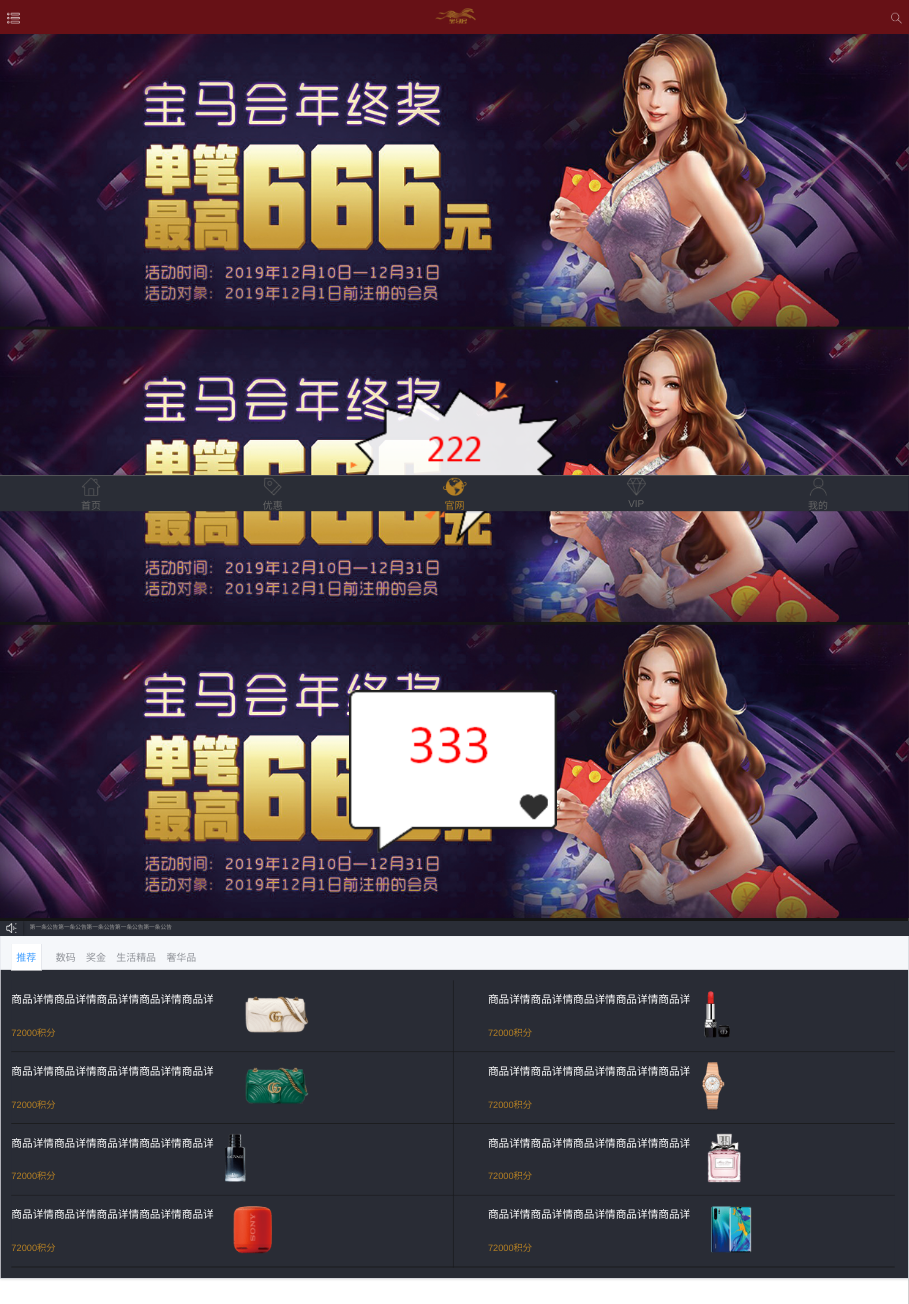
Repository: ada6688/IntegralMall
Page: /
An editor plug-in stored every save of this project. The page is shown before and after the next save, followed by the edit.
The browser window is 1280 px wide. The pictures show the whole page, at 71% of full size.
The project was rebuilt for these pictures with package versions that can differ from the ones it lists, and the page was loaded fresh each time. Also part of the build but not shown: src/components/page/MainNav.vue, src/components/page/Member.vue, src/components/common/Topnav-c.vue, src/components/page/Youhui.vue.

Above is the page before, as saved 2020-01-01 16:38:00.

### index.html
<!DOCTYPE html>
<html>
  <head>
    <meta charset="utf-8">
    <meta name="viewport" content="width=device-width,initial-scale=1.0">
    <title>integralmall</title>
  </head>
  <body>
    <div id="app"></div>
    <!-- built files will be auto injected -->
  </body>
</html>

### src/main.js
// The Vue build version to load with the `import` command
// (runtime-only or standalone) has been set in webpack.base.conf with an alias.
import Vue from 'vue'
import App from './App'
import router from './router'
import ElementUI from 'element-ui'
import 'element-ui/lib/theme-chalk/index.css'
import {Cell, CellGroup, Tabbar, TabbarItem, PullRefresh, Stepper, Tab, Tabs, Button, Row, Col, Swipe, SwipeItem, Lazyload, List, Field, NavBar} from 'vant'
import '../src/assets/css/common.css'
import 'swiper/dist/css/swiper.css'
import VueAwesomeSwiper from 'vue-awesome-swiper'
// import BScroll from 'better-scroll'

// Vue.use(BScroll)
Vue.use(VueAwesomeSwiper)
Vue.use(ElementUI)
Vue.use(Cell).use(CellGroup).use(Tabbar).use(TabbarItem).use(Stepper).use(PullRefresh).use(Tab).use(Tabs).use(Field).use(NavBar).use(Button).use(Row).use(Col).use(Swipe).use(SwipeItem).use(Lazyload).use(List)

Vue.config.productionTip = false

/* eslint-disable no-new */
new Vue({
  el: '#app',
  router,
  components: {
    App
  },
  template: '<App/>'
})

### src/router/index.js
import Vue from 'vue'
import Router from 'vue-router'
import BottomNav from '@/components/common/Bottomnav'
import TopNav from '@/components/common/Topnav'
import shouye from '@/components/page/shouye'
import Member from '@/components/page/Member'
import Vip from '@/components/page/Vip'
import Youhui from '@/components/page/Youhui'

Vue.use(Router)

export default new Router({
  mode: 'history',
  routes: [
    {path: '/Mainnav', component: BottomNav},
    {path: '/Topnav', component: TopNav},
    {path: '/', component: shouye},
    {path: '/shouye', component: shouye},
    {path: '/Youhui', component: Youhui},
    {path: '/Vip', component: Vip},
    {path: '/Member', component: Member}
  ]
})

### src/assets/css/common.css
body,p{
  margin: 0;
  padding: 0;
}
/****************** 首页 ****************/
/* 顶部栏 */
.top-nav{
  width: 100%;
  height: 3rem;
  line-height: 3.5rem;
  background-color: #671116;
  position: fixed;
  top: 0;
  z-index: 99;
}
.top-nav > div{
  display: inline-block;
  height: 100%;
}
.top-nav-left{
  float: left;
  margin-left: 10px;
}
.top-nav-right{
  float: right;
  margin-right: 10px;
}
.banner-item > img{
  width: 100%;
}
.swiper-container{
  height: 7.28rem;
}
.top-nav-t{
  color: #B58024;
}
/* .swiper-container-horizontal>.swiper-pagination-bullets .swiper-pagination-bullet{
  width: 0.4rem;
  height: 0.3rem;
  border-radius: 50%;
}
.swiper-pagination-bullet-active {
  background: rgb(235,111,111);
  width: .8rem !important;
} */
/* .swiper-scrollbar{
  background: rgb(0, 0, 0, 0) !important;
  width: 15px;
  height: 15px;
} */
.main-wrap{
  margin-top: 3rem;
  margin-bottom: 2.3rem;
  background: #151515;
}
/* 公告 */
.Notice-sign{
  width: 2rem;
  height: 100%;
  background: url('../images/topnav/lb.png') center no-repeat;
  float: left;
  box-shadow: 1px 0px 5px rgba(0,0,0,0.8);
}
.Notice-textBox {
  width: 100%;
  height: 1.3rem;
  line-height: 1.3rem;
  font-size: .5rem;
  color: #999999;
  background: #2A2D36;
  overflow: hidden;
  position: relative;
  text-align: left;
  z-index: 9;
}
.Notice-text {
  width: 100%;
  padding-left: 42px;
  position: absolute;
  bottom: 0;
}
.slide-enter-active, .slide-leave-active {
  transition: all 0.5s linear;
}
.slide-enter{
  transform: translateY(20px) scale(1);
  opacity: 1;
}
.slide-leave-to {
  transform: translateY(-20px) scale(0.8);
  opacity: 0;
}
/* 商品 */
.products-item{
  width: 45.9%;
  height: 100px;
  padding-right: 3.9%;
  border-right: 1px solid #161616;
  border-bottom: 1px solid #161616;
  background: #292C35;
  float: left;
}
.products-item-even{
  width: 45.9%;
  height: 100px;
  border-bottom: 1px solid #161616;
  background: #292C35;
  padding-left: 3.9%;
  float: left;
}
.product-item-text{
  width: 50%;
  height: 70px;
  color: #ffffff;
  margin-top: 15px;
  float: left;
  text-align: left;
}
.product-item-text p{
  height: 43px;
  font-size: 15px;
  margin-bottom: 5px;
  display: -webkit-box;/*作为弹性伸缩盒子模型显示*/
  -webkit-line-clamp: 2; /*显示的行数；如果要设置2行加...则设置为2*/
  overflow: hidden; /*超出的文本隐藏*/
  text-overflow: ellipsis; /* 溢出用省略号*/
  -webkit-box-orient: vertical;
}
.product-item-text span{
  color: #B58024;
  font-size: 13px;
}
.product-item-img{
  width: 50%;
  height: 100px;
  display: table-cell;
  vertical-align: middle;
  /* float: left; */
}
.product-item-img img{
  max-width: 100%;
}
/* 底部导航 */
.bottom-tab{
  width:100%;
  height:3.125rem;
  background-color:#2A2D36;
  border-top: 1px solid #656666;
  position: fixed;
  left:0px;
  bottom:0px;
}
.tab-item{
  width: 20%;
  float: left;
  align-items:center;
  justify-content:center;
  font-size:14px;
  color:#666;
  z-index: 999;
}
.NavSigh{
    width:33px;
    margin-top:3px;
}
.on{
  color:#b58023;
}

### src/components/common/Bottomnav.vue
<template>
  <div>
    <div class="bottom-tab">
      <div class="tab-item" @click="switchTo('/shouye')">
        <img class="NavSigh" :src="'/shouye' === $route.path ? tabBarImgArr[0].selected : tabBarImgArr[0].normal" alt="首页">
        <p :class="{on: '/shouye' === $route.path}">首页</p>
      </div>
      <div class="tab-item" @click="switchTo('/Youhui')">
        <img class="NavSigh" :src="'/Youhui' === $route.path ? tabBarImgArr[1].selected : tabBarImgArr[1].normal" alt="推荐">
        <p :class="{on: '/Youhui' === $route.path}">优惠</p>
      </div>
      <div class="tab-item">
        <img class="NavSigh" :src="'/' === $route.path ? tabBarImgArr[2].selected : tabBarImgArr[2].normal" alt="搜索">
        <p :class="{on: '/' === $route.path}">官网</p>
      </div>
      <div class="tab-item" @click="switchTo('/Vip')">
        <img class="NavSigh" :src="'/Vip' === $route.path ? tabBarImgArr[3].selected : tabBarImgArr[3].normal" alt="聊天">
        <p :class="{on: '/Vip' === $route.path}">VIP</p>
      </div>
      <div class="tab-item" @click="switchTo('/Member')">
        <img class="NavSigh" :src="'/Member' === $route.path ? tabBarImgArr[4].selected : tabBarImgArr[4].normal" alt="我的">
        <p :class="{on: '/Member' === $route.path}">我的</p>
      </div>
    </div>
  </div>
</template>
<script>
export default {
  data () {
    return {
      tabBarImgArr: [
        {normal: require('../../assets/images/navLogo/sy_x.png'), selected: require('../../assets/images/navLogo/sy.png')},
        {normal: require('../../assets/images/navLogo/yh_x.png'), selected: require('../../assets/images/navLogo/yh.png')},
        {normal: require('../../assets/images/navLogo/gw_x.png'), selected: require('../../assets/images/navLogo/gw.png')},
        {normal: require('../../assets/images/navLogo/zs_x.png'), selected: require('../../assets/images/navLogo/zs.png')},
        {normal: require('../../assets/images/navLogo/wd_x.png'), selected: require('../../assets/images/navLogo/wd.png')}
      ]
    }
  },
  methods: {
    switchTo (path) {
      this.$router.replace(path)
    }
  }
}
</script>
<style>

</style>

### src/components/common/Topnav.vue
<template>
  <div>
    <div class="top-nav">
      <div class="top-nav-left">
        <img src="../../assets/images/topnav/cd.png" alt="菜单">
      </div>
      <div class="top-nav-logo">
        <img src="../../assets/images/topnav/logo.png" alt="logo">
      </div>
      <div class="top-nav-right">
        <img src="../../assets/images/topnav/ss.png" alt="搜索">
      </div>
    </div>
  </div>
</template>
<script>
export default {
  data () {
    return {
      tabBarImgArr: [
        {normal: require('../../assets/images/topnav/logo.png')},
        {normal: require('../../assets/images/topnav/ss.png')},
        {normal: require('../../assets/images/topnav/cd.png')}
      ]
    }
  }
}
</script>
<style>

</style>

### src/components/page/shouye.vue
<template>
  <div>
      <TopNav></TopNav>
      <div class="main-wrap">
        <!-- banner -->
        <swiper :options="swiperOption" ref="mySwiper">
          <!-- slides -->
          <swiper-slide>
            <div class="banner-item">
              <img src="../../assets/images/banner/banner2.png" alt="">
            </div>
          </swiper-slide>
          <swiper-slide>
            <div class="banner-item">
              <img src="../../assets/images/banner/banner2_2.png" alt="">
            </div>
          </swiper-slide>
          <swiper-slide>
            <div class="banner-item">
              <img src="../../assets/images/banner/banner2_3.png" alt="">
            </div>
          </swiper-slide>
          <!-- Optional controls -->
          <!-- <div class="swiper-pagination" slot="pagination"></div> -->
          <!-- <div class="swiper-scrollbar index-banner-circle" slot="scrollbar"></div> -->
        </swiper>
        <!-- 滚动公告 -->
        <Notice></Notice>
        <!-- 推荐分类栏 -->
        <div class="recommend-wrap">
          <el-row>
            <el-tabs type="border-card">
              <el-tab-pane label="推荐">
                <div class="products-item">
                  <div class="product-item-text">
                    <p>商品详情商品详情商品详情商品详情商品详</p>
                    <span>72000积分</span>
                  </div>
                  <div class="product-item-img">
                    <img src="../../assets/images/products/bsbb.png" alt="">
                  </div>
                </div>
                <div class="products-item-even">
                  <div class="product-item-text">
                    <p>商品详情商品详情商品详情商品详情商品详</p>
                    <span>72000积分</span>
                  </div>
                  <div class="product-item-img">
                    <img src="../../assets/images/products/kh.png" alt="">
                  </div>
                </div>
                <div class="products-item">
                  <div class="product-item-text">
                    <p>商品详情商品详情商品详情商品详情商品详</p>
                    <span>72000积分</span>
                  </div>
                  <div class="product-item-img">
                    <img src="../../assets/images/products/lsbb.png" alt="">
                  </div>
                </div>
                <div class="products-item-even">
                  <div class="product-item-text">
                    <p>商品详情商品详情商品详情商品详情商品详</p>
                    <span>72000积分</span>
                  </div>
                  <div class="product-item-img">
                    <img src="../../assets/images/products/sb.png" alt="">
                  </div>
                </div>
                <div class="products-item">
                  <div class="product-item-text">
                    <p>商品详情商品详情商品详情商品详情商品详</p>
                    <span>72000积分</span>
                  </div>
                  <div class="product-item-img">
                    <img src="../../assets/images/products/xs.png" alt="">
                  </div>
                </div>
                <div class="products-item-even">
                  <div class="product-item-text">
                    <p>商品详情商品详情商品详情商品详情商品详</p>
                    <span>72000积分</span>
                  </div>
                  <div class="product-item-img">
                    <img src="../../assets/images/products/xsfs.png" alt="">
                  </div>
                </div>
                <div class="products-item">
                  <div class="product-item-text">
                    <p>商品详情商品详情商品详情商品详情商品详</p>
                    <span>72000积分</span>
                  </div>
                  <div class="product-item-img">
                    <img src="../../assets/images/products/yx.png" alt="">
                  </div>
                </div>
                <div class="products-item-even">
                  <div class="product-item-text">
                    <p>商品详情商品详情商品详情商品详情商品详</p>
                    <span>72000积分</span>
                  </div>
                  <div class="product-item-img">
                    <img src="../../assets/images/products/hw.png" alt="">
                  </div>
                </div>
              </el-tab-pane>
              <el-tab-pane label="数码">数码</el-tab-pane>
              <el-tab-pane label="奖金">奖金</el-tab-pane>
              <el-tab-pane label="生活精品">生活精品</el-tab-pane>
              <el-tab-pane label="奢华品">奢华品</el-tab-pane>
            </el-tabs>
          </el-row>
        </div>
      </div>
      <BottomNav></BottomNav>
  </div>
</template>
<script>
import BottomNav from '@/components/common/Bottomnav'
import TopNav from '@/components/common/Topnav'
import Notice from '@/components/page/Notice'
import {swiper, swiperSlide} from 'vue-awesome-swiper'

export default {
  name: 'App',
  components: {
    BottomNav,
    TopNav,
    swiper,
    swiperSlide,
    Notice
  },
  data () {
    return {
      swiperOption: {
        scrollbar: {
          el: '.swiper-scrollbar'
        },
        slidesPerView: 1,
        autoplay: {
          delay: 5000,
          disableOnInteraction: false
        },
        loop: true
      }
    }
  }
}
</script>
<style>
.swiper-container{
  height: 100%;
  margin-bottom: -4px;
}
.el-tabs__nav-wrap{
  width: 100%
}
/* .el-tabs__item{
  padding: 0 5.26%;
} */
.el-tabs--border-card{
  border: 0;
}
.el-tabs--border-card>.el-tabs__header .el-tabs__item{
  border: 0
}
.el-tabs--border-card>.el-tabs__header{
  padding: 10px 15px 0;
  background: #151515
}
.el-tabs--border-card>.el-tabs__header .el-tabs__item:not(.is-disabled):hover{
  color: #ffffff;
}
.el-tabs--border-card>.el-tabs__header .el-tabs__item.is-active{
  height: 39px;
  color: #ffffff;
  background: #292C35;
}
.el-tabs--border-card>.el-tabs__header .el-tabs__item{
  color: #666666;
}
.el-tabs__nav-wrap.is-scrollable{
  padding: 0 20px;
  box-sizing: border-box;
}
.el-tabs--border-card{
  box-shadow: 0 0 0 0 rgb(0, 0, 0, 0)
}
.el-tabs--border-card>.el-tabs__content {
  margin-top: -2px;
  background: #292C35;
}

</style>

### src/components/page/Vip.vue
<template>
  <div>
    <TopnavC></TopnavC>
    <div class="main-wrap">
      <div>
        <img src="../../assets/images/VIP/VIP-T.png" alt="">
      </div>
      <div>
        <el-row>
          <el-tabs type="border-card">
            <el-tab-pane label="普通"></el-tab-pane>
            <el-tab-pane label="黄金"></el-tab-pane>
            <el-tab-pane label="铂金"></el-tab-pane>
            <el-tab-pane label="钻石"></el-tab-pane>
            <el-tab-pane label="至尊"></el-tab-pane>
            <el-tab-pane label="王者"></el-tab-pane>
            <el-tab-pane label="特邀"></el-tab-pane>
          </el-tabs>
        </el-row>
      </div>
    </div>
    <Bottomnav></Bottomnav>
  </div>
</template>
<script>
import TopnavC from '@/components/common/Topnav-c'
import Bottomnav from '@/components/common/Bottomnav'

export default {
  name: 'App',
  components: {
    TopnavC,
    Bottomnav
  }
}
</script>
<style>
.swiper-container{
  height: 100%;
  margin-bottom: -4px;
}
.el-tabs__nav-wrap{
  width: 100%
}
/* .el-tabs__item{
  padding: 0 5.26%;
} */
.el-tabs--border-card{
  border: 0;
}
.el-tabs--border-card>.el-tabs__header .el-tabs__item{
  border: 0
}
.el-tabs--border-card>.el-tabs__header{
  padding: 10px 15px 0;
  background: #151515
}
.el-tabs--border-card>.el-tabs__header .el-tabs__item:not(.is-disabled):hover{
  color: #ffffff;
}
.el-tabs--border-card>.el-tabs__header .el-tabs__item.is-active{
  height: 39px;
  color: #ffffff;
  background: #292C35;
}
.el-tabs--border-card>.el-tabs__header .el-tabs__item{
  color: #666666;
}
.el-tabs__nav-wrap.is-scrollable{
  padding: 0 20px;
  box-sizing: border-box;
}
.el-tabs--border-card{
  box-shadow: 0 0 0 0 rgb(0, 0, 0, 0)
}
.el-tabs--border-card>.el-tabs__content {
  margin-top: -2px;
  background: #292C35;
}
.el-tabs--border-card>.el-tabs__header .el-tabs__item,.el-tabs--top.el-tabs--border-card>.el-tabs__header .el-tabs__item:nth-child(2),.el-tabs--top.el-tabs--border-card>.el-tabs__header .el-tabs__item:last-child{
  padding: 0 3%;
}
</style>

### src/components/page/notice.vue
<template>
  <div>
    <div class="Notice-textBox">
      <div class="Notice-sign"></div>
      <transition name="slide">
        <p class="Notice-text" :key="text.id">{{text.val}}</p>
      </transition>
    </div>
  </div>
</template>

<script>
export default {
  name: 'scroll',
  data () {
    return {
      textArr: [
        '第一条公告第一条公告第一条公告第一条公告第一条公告',
        '第二条公告第二条公告',
        '第三条公告第三条公告第三条公告'
      ],
      number: 0
    }
  },
  computed: {
    text () {
      return {
        id: this.number,
        val: this.textArr[this.number]
      }
    }
  },
  mounted () {
    this.startMove()
  },
  methods: {
    startMove () {
      // eslint-disable-next-line
      let timer = setTimeout(() => {
        if (this.number === 2) {
          this.number = 0
        } else {
          this.number += 1
        }
        this.startMove()
      }, 6000) // 滚动不需要停顿则将2000改成动画持续时间
    }
  }
}
</script>

<style scoped>
</style>

Loaded but not shown: src/App.vue (common file)

After the next save:
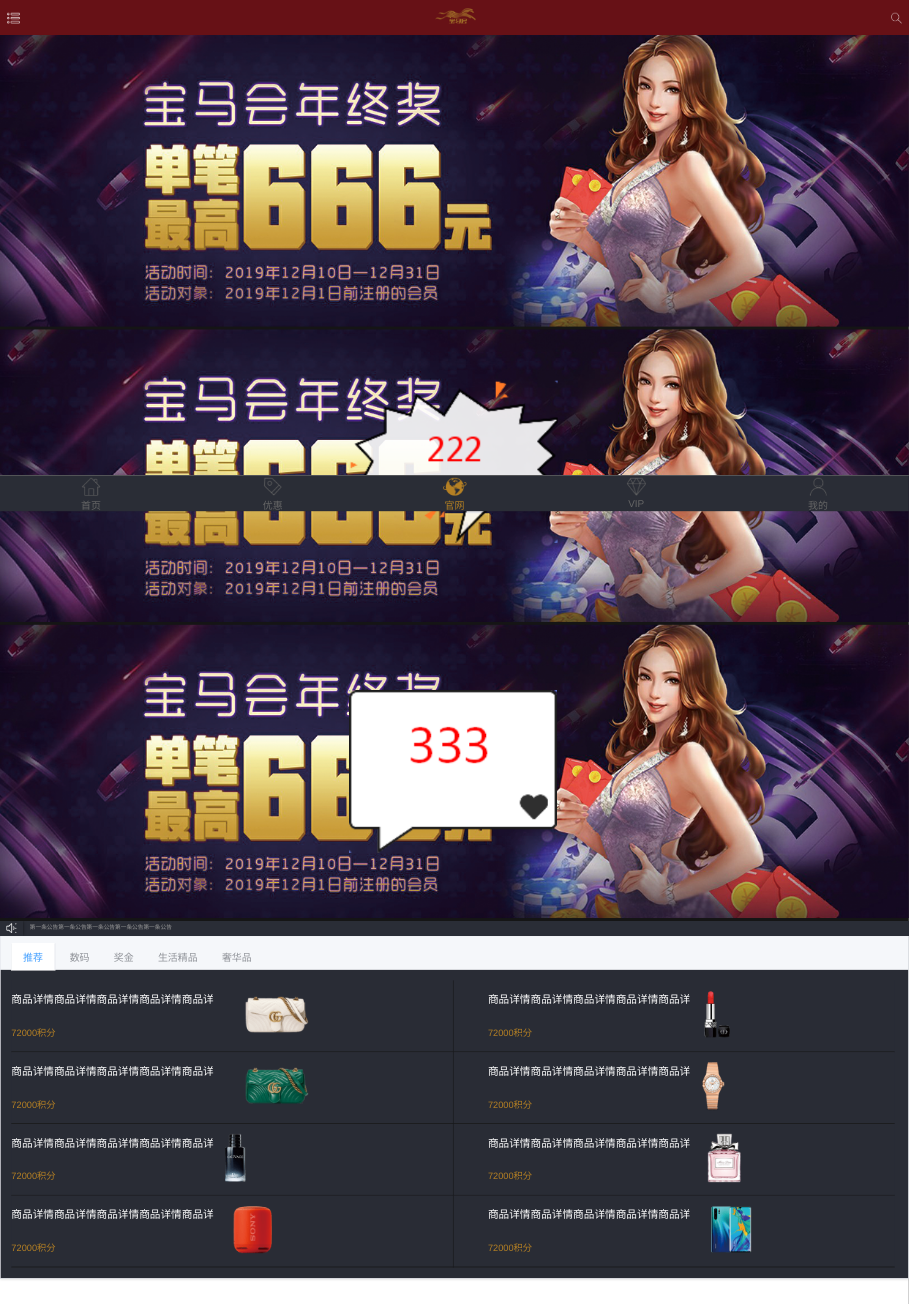
Saved 51 s later.
--- a/src/components/page/Vip.vue
+++ b/src/components/page/Vip.vue
@@ -78,6 +78,6 @@
   background: #292C35;
 }
 .el-tabs--border-card>.el-tabs__header .el-tabs__item,.el-tabs--top.el-tabs--border-card>.el-tabs__header .el-tabs__item:nth-child(2),.el-tabs--top.el-tabs--border-card>.el-tabs__header .el-tabs__item:last-child{
-  padding: 0 3%;
+  padding: 0 7.3%;
 }
 </style>

After the save that followed:
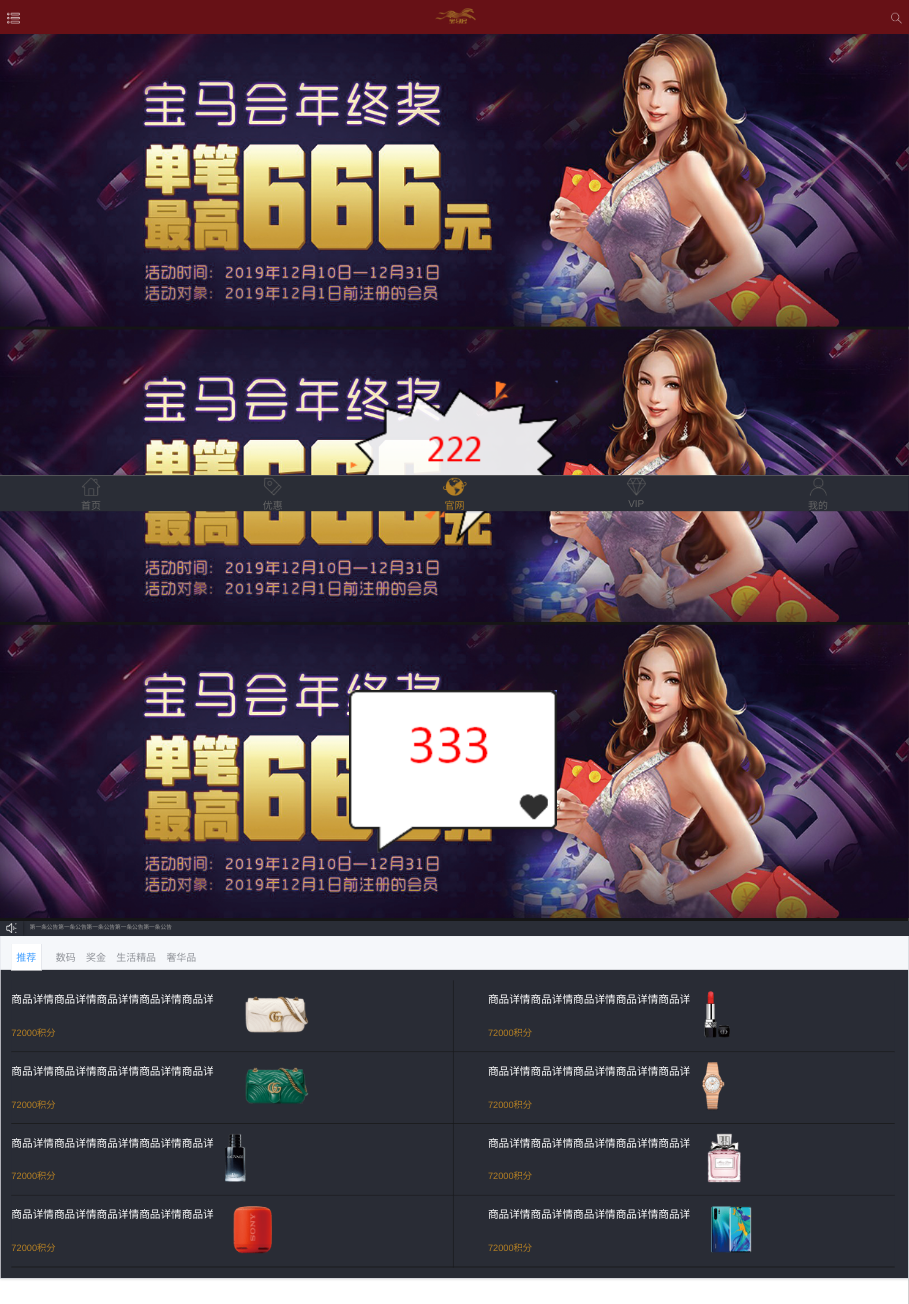
Saved 38 s later.
--- a/src/components/page/Vip.vue
+++ b/src/components/page/Vip.vue
@@ -78,6 +78,6 @@
   background: #292C35;
 }
 .el-tabs--border-card>.el-tabs__header .el-tabs__item,.el-tabs--top.el-tabs--border-card>.el-tabs__header .el-tabs__item:nth-child(2),.el-tabs--top.el-tabs--border-card>.el-tabs__header .el-tabs__item:last-child{
-  padding: 0 7.3%;
+  padding: 0 3%;
 }
 </style>
